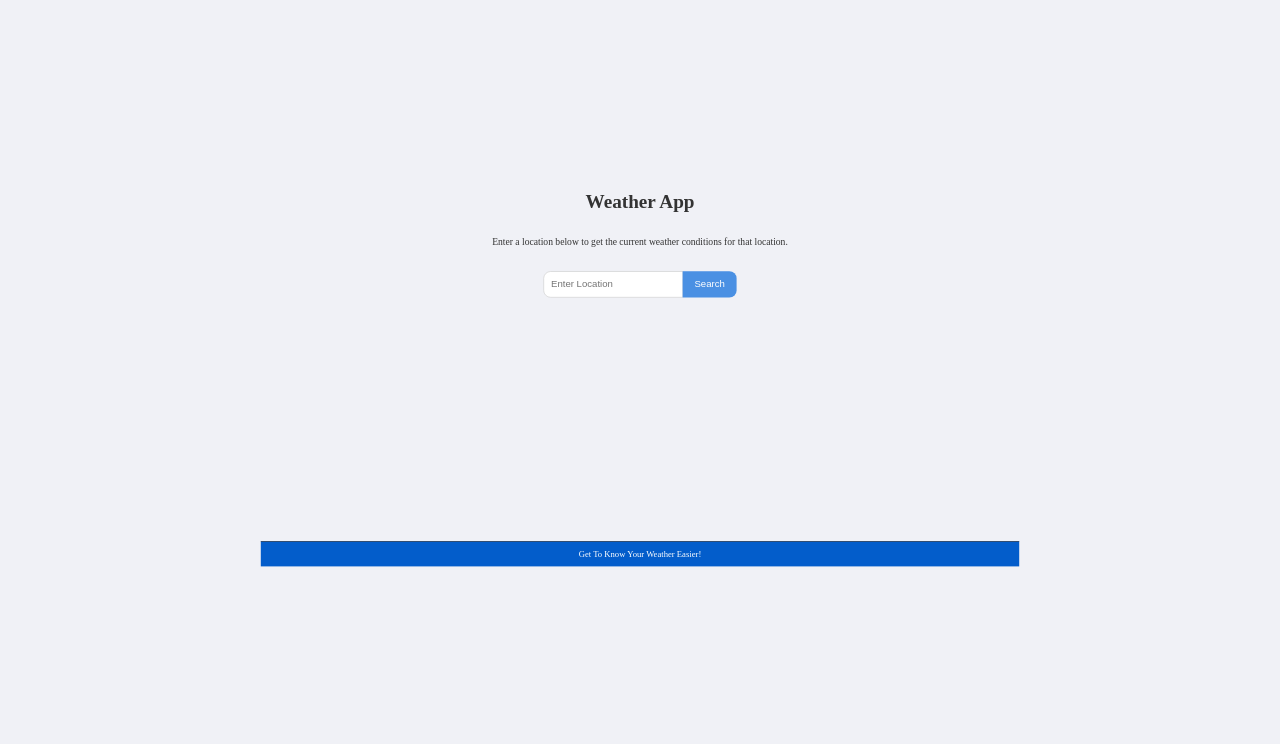
Repository: AlaaYou/Weather-App
Page: index.html
The author's editor kept a copy of each file at every save. The page is drawn from the files as they stood at one save, then again after the next save.
The browser window is 1280 px wide. The pictures show the whole page.

Above is the page before, as saved 2024-10-20 23:39:39.
Console error: TypeError: Cannot read properties of null (reading 'appendChild')

### index.html
<!DOCTYPE html>
<html lang="en">
  <head>
    <meta charset="UTF-8" />
    <meta name="viewport" content="width=device-width, initial-scale=1.0" />
    <link rel="stylesheet" href="styles.css" />
    <title>Weather App</title>
  </head>
  <body>
    <!-- Header -->
    <header>
      <h1>Weather App</h1><br>
      <p>
        Enter a location below to get the current weather conditions for that
        location.
      </p>
    </header>
    <!-- main content -->
    <main>
      <!-- search box -->
      <section class="search-box">
        <input type="text" id="location-input" placeholder="Enter Location" />

        <button id="search-button">Search</button>
      </section>
      <!-- errror /loading -->
      <div id="loading" style="display: none">Loading...</div>
      <div id="error" style="display: none">Error data Not Found</div>
      <!-- weather content -->
      <section
        class="weather-display"
        id="weather-display"
        style="display: none"
      >
        <div class="temp-display"><span id="temperature">--</span> °C</div>
        <div class="condition-display">
          <span id="condition">--</span>
        </div>

        <!-- condition info -->
        <div class="condition-info">
          <span id="wind-speed">Wind Speed: --</span>
          <span id="humidity">Humidity: --</span>
        </div>
      </section>
    </main>
    <!-- footer -->
    <footer>
      <p>Get To Know Your Weather Easier!</p>
    </footer>
    <!-- js goes here -->
    <script src="script.js"></script>
  </body>
</html>

### styles.css
@import url('https://fonts.googleapis.com/css2?family=Poppins:ital,wght@0,100;0,200;0,300;0,400;0,500;0,600;0,700;0,800;0,900;1,100;1,200;1,300;1,400;1,500;1,600;1,700;1,800;1,900&display=swap');

body,
h1,
:root{
  --clr: #0f0;
}

p {
  margin: 0;
  padding: 0;
}

body {
  display: flex;
  flex-direction: column;
  min-height: 90vh;
  background-color: #f0f1f6;
  padding: 40px 0;
  color: #333;
  transform: scale(0.6);
}

main {
  flex-grow: 1;
}

header {
  text-align: center;
  margin-bottom: 20px;
}

.search-box {
  display: flex;
  justify-content: center;
  align-items: center;
  margin: 20px 0;
}

input[type="text"] {
  padding: 12px;
  border: 1px solid #ccc;
  border-radius: 12px 0 0 12px;
  font-size: 1em;
  width: auto;
  margin-right: -1px;
}
button {
  background-color: #4a90e3;
  color: #ffff;
  border: none;
  border-radius: 0 12px 12px 0;
  padding: 13px 20px;
  cursor: pointer;
  font-size: 1em;
  transition: background-color 0.3s ease;
}

button:hover {
  background-color: #035dcb;
}

/* Weather content */
.weather-display {
  text-align: center;
  padding: 20px;
}

.temp-display,
.condition-display {
  font-size: 2.5em;
  margin-bottom: 10px;
}

.condition-info span {
  margin-right: 15px;
  font-size: 1.2em;
}

#loading,
#error {
  text-align: center;
  font-size: 1.2em;
  margin-top: 20px;
}
#loading {
  color: #4a90e3;
}
#error {
  color: red;
}
footer {
  text-align: center;
  background-color: #035dcb;
  color: #ffff;
  padding: 12px 0;
  border-top: 1px solid #333;
  font-size: 0.9em;
}

### script.js
async function fetchWeather(location) {
    //api
    const apiKey = "094b545dde613af5667ba10639a224f8";
    const url = `http://api.openweathermap.org/data/2.5/weather?q=${location}&appid=${apiKey}&units=metric`;
    const response = await fetch(url);

    if (response.ok) {
      const data = await response.json();
      return data;
    } else {
      throw new Error("Failed to fetch weather data");
    }
  }
  //Display the weather
  function dispplayWeather(data) {
    console.log(data);
    //select the  DOM
    const weatherDisplay = document.getElementById("weather-display");
    const temperature = document.getElementById("temperature");
    const condition = document.getElementById("condition");
    const windSpeed = document.getElementById("wind-speed");
    const humidity = document.getElementById("humidity");

    temperature.textContent = data.main.temp;
    condition.textContent = data.weather[0].main;
    windSpeed.textContent = `Wind Speed: ${data.wind.speed}m/s`;
    humidity.textContent = `Humidity: ${data.main.humidity}%`;
    weatherDisplay.style.display = "block";
  }

  function toggleElementVisibility(id, show) {
    const element = document.getElementById(id);
    element.style.display = show ? "block" : "none";
  }

  //DOM content Loaded
  document.addEventListener("DOMContentLoaded", () => {
    const searchButton = document.getElementById("search-button");
    const locationInput = document.getElementById("location-input");
    searchButton.addEventListener("click", async () => {
      toggleElementVisibility("loading", true); //Show loading
      toggleElementVisibility("error", false);

      //get data
      const location = locationInput.value;

      try {
        const weatherData = await fetchWeather(location);
        toggleElementVisibility("loading", false);
        dispplayWeather(weatherData);
        console.log(weatherData);
      } catch (error) {
        toggleElementVisibility("error", true);
        toggleElementVisibility("loading", false);
      }
    });
  });

  function randomText(){
    var text = ("!@#$%^*()")
    letters =text[Math.floor(Math.random() * text.length)];
    return letters;
}

function rain() {
    let cloud = document.querySelector('.cloud');
    let e = document.createElement('div');
    e.classList.add('drop');
    cloud.appendChild(e);

    let left = Math.floor(Math.random() * 300)
    let size = Math.random() * 1.5;
    let duration = Math.random() *1;

    e.innerText = randomText();
    e.style.left = left + 'px';
    e.style.fontSize = 0.5+size +'em';
    e.style.animationDuration = 1+duration+'s';

      setTimeout(function(){
      cloud.removeChild(e)
      },2000)
}

setInterval(function(){
    rain()
},20);

After the next save:
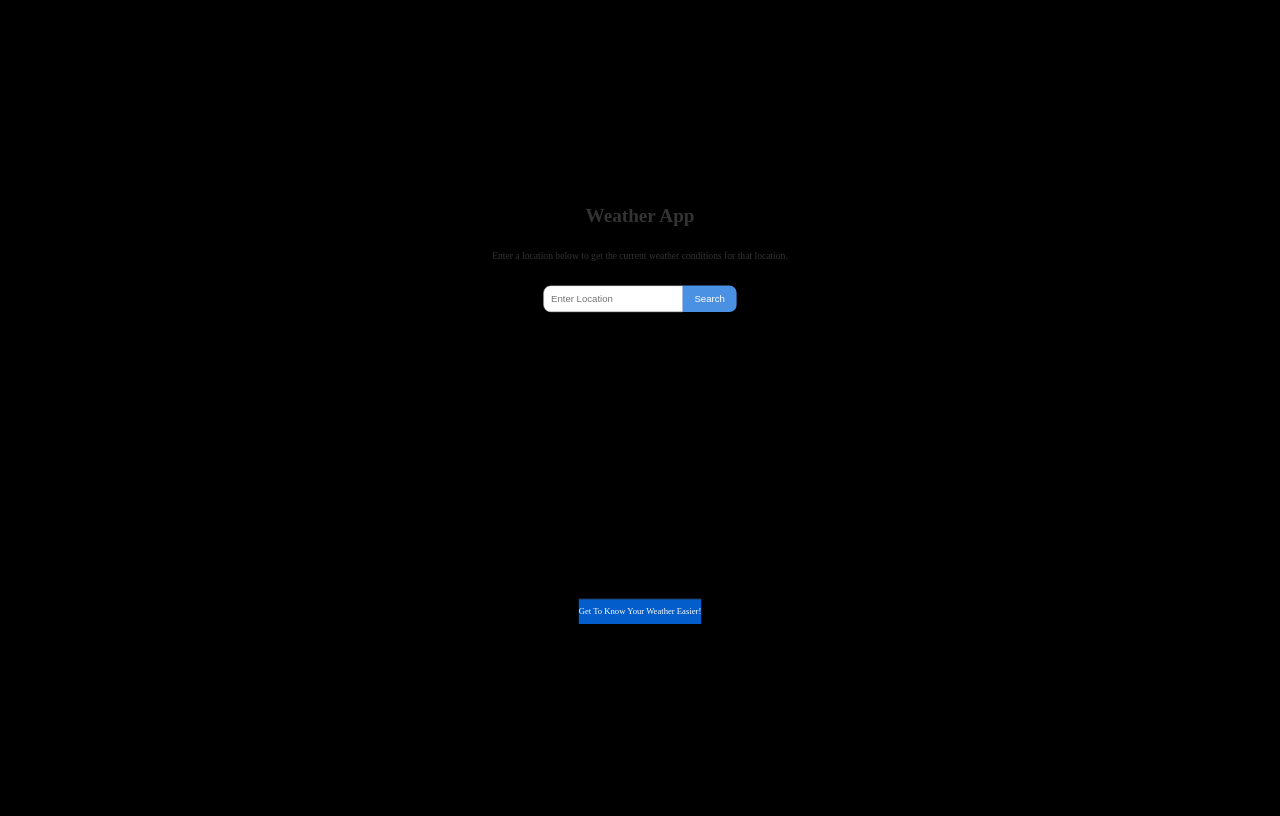
Saved 11 s later.
--- a/styles.css
+++ b/styles.css
@@ -18,6 +18,10 @@ body {
   background-color: #f0f1f6;
   padding: 40px 0;
   color: #333;
+  justify-content: center;
+  align-items: center;
+  min-height: 100vh;
+  background: #000;
   transform: scale(0.6);
 }
 
